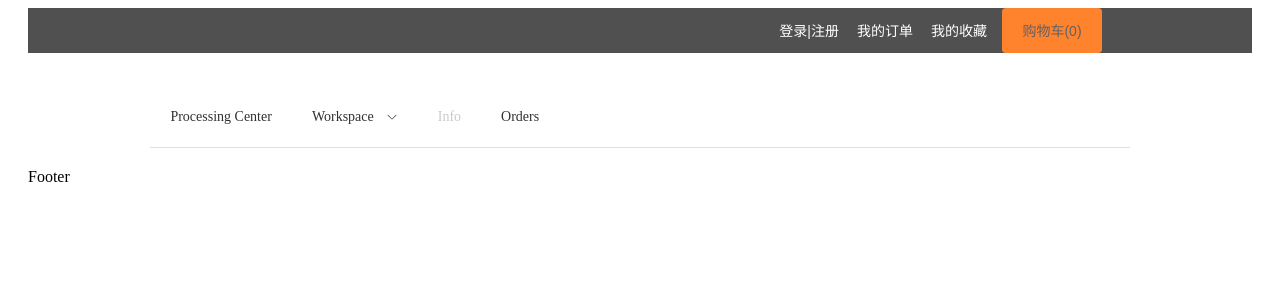
Repository: zhenghaochang/---
Page: / (app in xiaomi/)
An editor plug-in stored every save of this project. The page is shown before and after a run of saves, followed by the edit.
The browser window is 1280 px wide. The pictures show the whole page.
The project was rebuilt for these pictures with package versions that can differ from the ones it lists, and the page was loaded fresh each time. Also part of the build but not shown: xiaomi/vite.config.js.

Above is the page before, as saved 2025-07-31 10:05:53.

### xiaomi/src/main.js
import { createApp } from 'vue';
import ElementPlus from 'element-plus';
import 'element-plus/dist/index.css';
import router from './router/router';
import App from './App.vue';
import * as ElementPlusIconsVue from '@element-plus/icons-vue';
import { createPinia } from 'pinia';
import piniaPluginPersistedstate from 'pinia-plugin-persistedstate'
const app = createApp(App);
const pinia = createPinia();
pinia.use(piniaPluginPersistedstate)
app.use(pinia);
for (const [key, component] of Object.entries(ElementPlusIconsVue)) {
    app.component(key, component);
}
app.use(router);
app.use(ElementPlus);
app.mount('#app');

### xiaomi/src/router/router.js
import {createRouter,createWebHashHistory} from 'vue-router'

let router = createRouter({
    history:createWebHashHistory(),
    routes:[
        {
            path:"/",
            component:()=>import('../components/main.vue')
        }
    ]
})

export default router

### xiaomi/src/App.vue
<script setup>
import Menu from '../src/components/menu.vue'


</script>

<template>
    <div>
        <el-container>
            <el-header class="header"><Menu></Menu></el-header>
            <el-main class="main"><router-view></router-view></el-main>
            <el-footer>Footer</el-footer>
        </el-container>
    </div>
</template>

<style scoped>
.header{
/*     background-color: blue; */
    width:100%
}
/* .main{
    background-color: blue;
    width: 100%;
    display:flex;
    flex-direction: column;
    justify-content: center;
} */
</style>

### xiaomi/src/components/main.vue
<script setup>

</script>

<template>
    <div class="base_div">
        <div style="width:80%">
            <el-menu
                :default-active="activeIndex"
                class="el-menu-demo"
                mode="horizontal"
                @select="handleSelect"

            >
            <div>
            </div>
                <el-menu-item index="1">Processing Center</el-menu-item>
                <el-sub-menu index="2">
                <template #title>Workspace</template>
                <el-menu-item index="2-1">item one</el-menu-item>
                <el-menu-item index="2-2">item two</el-menu-item>
                <el-menu-item index="2-3">item three</el-menu-item>
                <el-sub-menu index="2-4">
                    <template #title>item four</template>
                    <el-menu-item index="2-4-1">item one</el-menu-item>
                    <el-menu-item index="2-4-2">item two</el-menu-item>
                    <el-menu-item index="2-4-3">item three</el-menu-item>
                </el-sub-menu>
                </el-sub-menu>
                <el-menu-item index="3" disabled>Info</el-menu-item>
                <el-menu-item index="4">Orders</el-menu-item>
            </el-menu>
        </div>
    </div>
</template>

<style scoped>
.base_div{
    width: 100%;
    display:flex;
    flex-direction: column;
    align-items:center;
}
</style>

### xiaomi/src/components/menu.vue
<script setup>
import {ref,reactive} from 'vue'
import request from '../request/index'
import { ElMessage } from 'element-plus'
import {useUserStore} from '../store/index'


const store = useUserStore()


const loginVisible = ref(false)
const registVisible = ref(false)

const loginForm = ref({
    username:'',
    password:''
})

const registForm = ref({
    username:'',
    password:'',
    rePassword:'',
    name:''
})

const user = ref({
    id:0,
    username:'',
    name:'',
    numInCart:0,
    token:''
})

const loginFormRef = ref()
const registFormRef = ref()

const validateUsername = (rule,value,callback)=>{
    if(value.length==0){
      callback(new Error("用户名不能为空"))
    }else{
      callback()
    }
  }

  const validatePassword = (rule,value,callback)=>{
    if(value.length<4){
      callback(new Error("密码小于4位"))
    }else{
      callback()
    }
  }

  const validateRePassword = (rule,value,callback)=>{
    if(value.length<4){
      callback(new Error("密码小于4位"))
    }else{
      if(value != registForm.value.password){
        callback(new Error("密码不一致"))
      }else{
        callback()
      }
    }
  }

  const rules = {
    username:[{required:true,message:'用户名不能为空',validator:validateUsername}],
    password:[{required:true,message:'密码必须大于4位',validator:validatePassword}],
    rePassword:[{required:true,validator:validateRePassword}]
  }


async function login(){
    const valid = await loginFormRef.value.validate
    if(valid){
        let {data} = await request.post("/user/login",loginForm.value)
        if(data.code == 200){
            ElMessage.success('登录成功')
            user.value = data.data
            store.changeInfo(user.value)
            loginVisible.value = false
        }else{
            ElMessage.error(data.msg)
        }
    }
}

async function regist(){
    const valid = await registFormRef.value.validate
    if(valid){
        let {data} = await request.post("/user/regist",registForm.value)
        if(data.code == 200){
            ElMessage.success('注册成功')
            registVisible.value = false
            loginVisible.value = true
        }else{
            ElMessage.error(data.msg)
        }
    }
}

</script>

<template>
    <div class="base_div">
        <el-button color="rgb(80,80,80)" @click="loginVisible = true" v-if="store.id==0" link>登录|注册</el-button>
        <div style="display:flex;align-items:center;margin-right:10px" v-else>
            <el-button color="rgb(80,80,80)" link>欢迎{{store.name}}</el-button>
            <el-button color="rgb(80,80,80)" @click="()=>{store.logout(),ElMessage.success('已退出')}" link>退出登录</el-button>
        </div>
        <el-button color="rgb(80,80,80)" link>我的订单</el-button>
        <el-button color="rgb(80,80,80)" link>我的收藏</el-button>
        <el-button  style="background-color:rgb(255,130, 45);margin-right:150px;width:100px"  link>购物车({{store.numInCart}})</el-button>

        <!-- 登录窗口 -->
        <el-dialog v-model="loginVisible"  title="登录" width="300">
            <el-form :model="loginForm" ref="loginFormRef" :rules="rules">
                <el-form-item label="用户名" prop="username" :label-width="70">
                    <el-input v-model="loginForm.username" autocomplete="off" />
                </el-form-item>
                <el-form-item label="密码" prop="password" :label-width="70">
                    <el-input v-model="loginForm.password" autocomplete="off" type="password" show-password />
                </el-form-item>
            </el-form>
            <template #footer>
                <div style="display:flex;justify-content:space-between;align-items:center">
                    <el-button type="warning" @click="registVisible = true">注册</el-button>
                    <div>
                        <el-button @click="loginVisible = false">取消</el-button>
                        <el-button type="primary" @click="login">
                        登录
                        </el-button>
                    </div>

                </div>
            </template>
        </el-dialog>
        <!-- 登录窗口END -->
        <!-- 注册窗口 -->
        <el-dialog v-model="registVisible"  title="注册" width="350">
            <el-form :model="registForm" ref="registFormRef" :rules="rules">
                <el-form-item label="用户名" prop="username" :label-width="80">
                    <el-input v-model="registForm.username" autocomplete="off" />
                </el-form-item>
                <el-form-item label="密码" prop="password" :label-width="80">
                    <el-input v-model="registForm.password" autocomplete="off" type="password" show-password />
                </el-form-item>
                <el-form-item label="确认密码" prop="rePassword" :label-width="80">
                    <el-input v-model="registForm.rePassword" autocomplete="off" type="password" show-password />
                </el-form-item>
                <el-form-item label="姓名"  :label-width="80">
                    <el-input v-model="registForm.name" autocomplete="off"  />
                </el-form-item>
            </el-form>
            <template #footer>
                <div style="">
                    <div>
                        <el-button @click="registVisible = false">取消</el-button>
                        <el-button type="primary" @click="regist">
                        注册
                        </el-button>
                    </div>

                </div>
            </template>
        </el-dialog>
        <!-- 注册窗口END -->
    </div>
</template>

<style scoped>
.base_div{
    background-color:rgb(80,80,80);
    width:100%;
    height:45px;
    display: flex;
    justify-content:flex-end;
}
</style>

### xiaomi/src/request/index.js
import axios from 'axios'


const request = axios.create({
    baseURL:'http://localhost:8080',
    timeout:10000
})









export default request

### xiaomi/src/store/index.js
import {defineStore} from 'pinia'

const user = {
    id:0,
    username:'',
    name:'',
    numInCart:0,
    token:''
}

export const useUserStore = defineStore('userInfo',{
    state:()=>({
        id:0,
        username:'',
        name:'',
        numInCart:0,
        token:''
    }),
    getters:{},
    actions:{
        changeInfo(user){
            this.id = user.id,
            this.username = user.username,
            this.name = user.name,
            this.numInCart = user.numInCart,
            this.token = user.token
        },
        logout(){
            this.id = 0,
            this.username = '',
            this.name = '',
            this.numInCart = 0,
            this.token = ''
        }
    },
    persist: true
}
)

Loaded but not shown: xiaomi/index.html (common file)

After the next 2 saves:
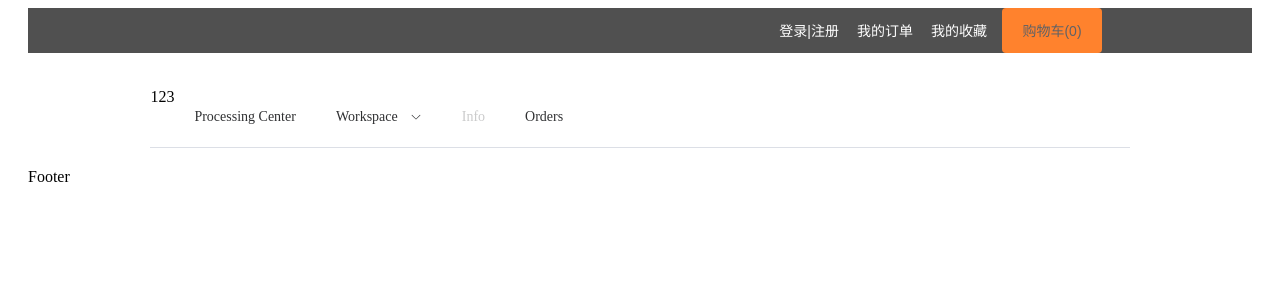
The 2 saves are shown as one change because they came seconds apart.
The last was saved 11 s later.
--- a/xiaomi/src/components/main.vue
+++ b/xiaomi/src/components/main.vue
@@ -13,6 +13,7 @@
 
             >
             <div>
+                123
             </div>
                 <el-menu-item index="1">Processing Center</el-menu-item>
                 <el-sub-menu index="2">

After the save that followed:
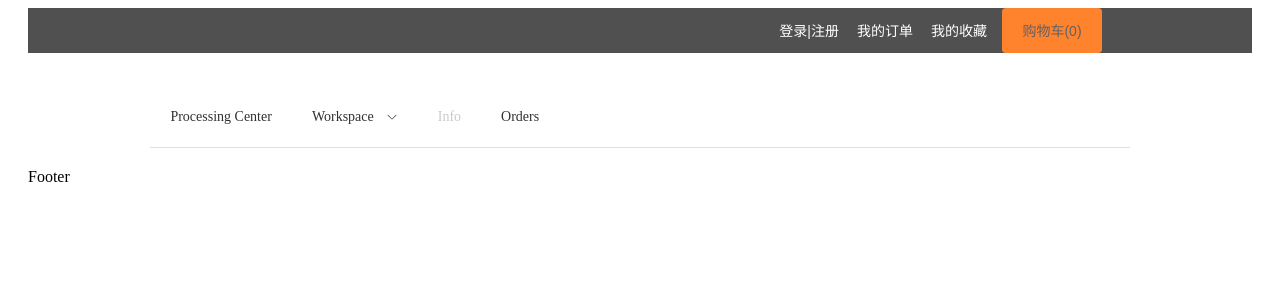
Saved 9 s later.
--- a/xiaomi/src/components/main.vue
+++ b/xiaomi/src/components/main.vue
@@ -13,7 +13,7 @@
 
             >
             <div>
-                123
+
             </div>
                 <el-menu-item index="1">Processing Center</el-menu-item>
                 <el-sub-menu index="2">
